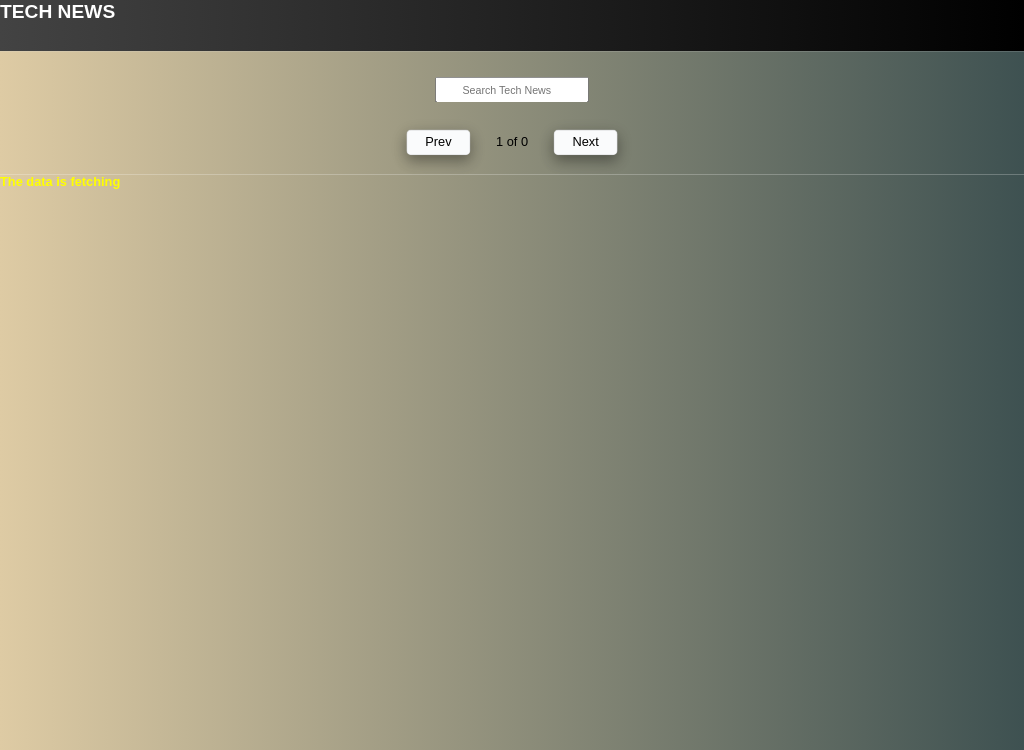
Repository: suraj-yadav7/TechNews
Page: /
An editor plug-in stored every save of this project. The page is shown before and after the next save, followed by the edit.
The browser window is 1280 px wide. The pictures show the whole page, at 80% of full size.
The page's requests for data from a server got no answer. The project was rebuilt for these pictures with package versions that can differ from the ones it lists, and the page was loaded fresh each time. No one was signed in, and anything a server would have sent is missing.

Above is the page before, as saved 2023-04-28 10:59:19.

After the next save:
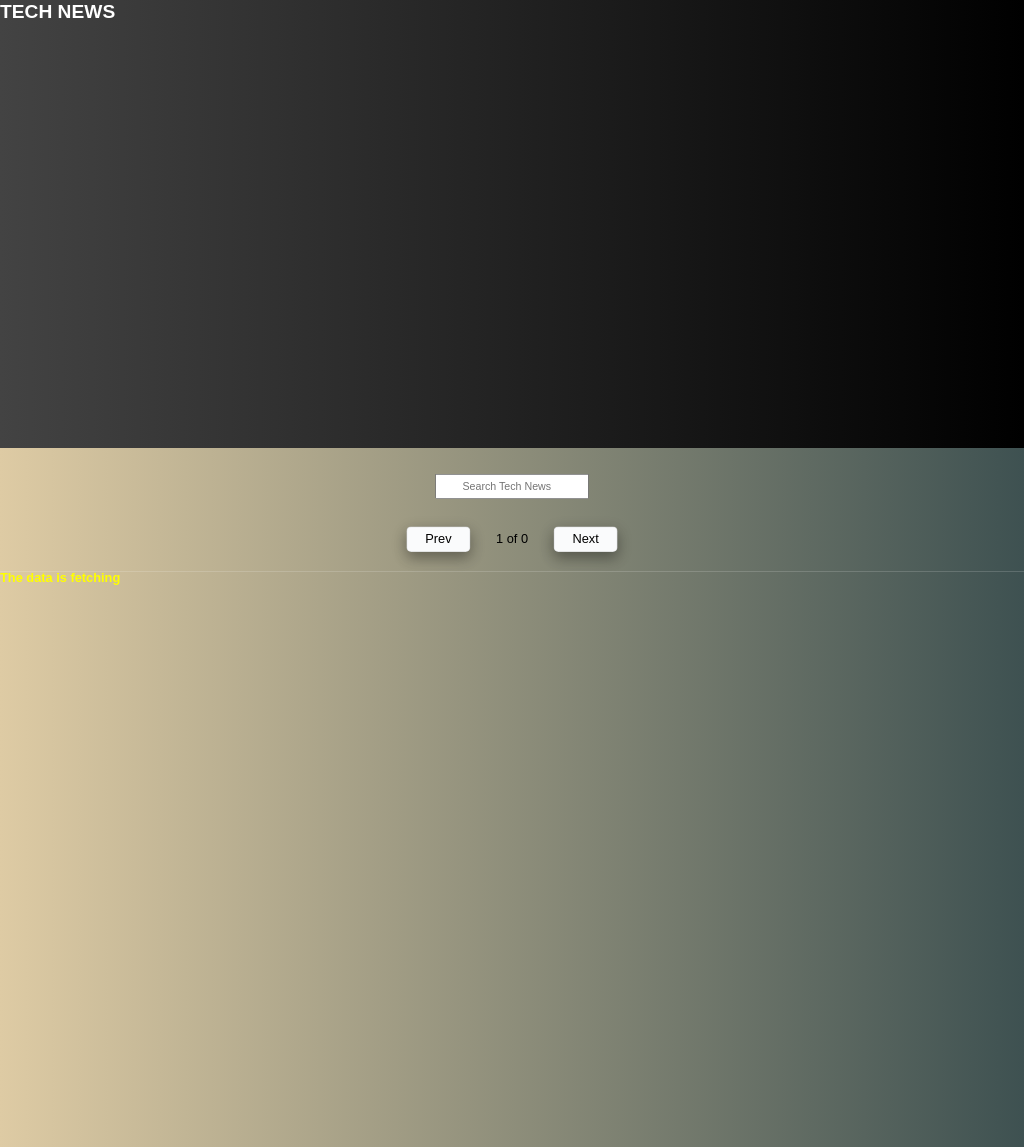
Saved 5 s later.
--- a/src/App.css
+++ b/src/App.css
@@ -8,7 +8,7 @@
 /* Navbar */
   .navbar{
     width: 100%;
-    height: 4rem;
+    height: 35rem;
     background-image: linear-gradient(to right, #434343 0%, black 100%);
     color:#fff;
   }
